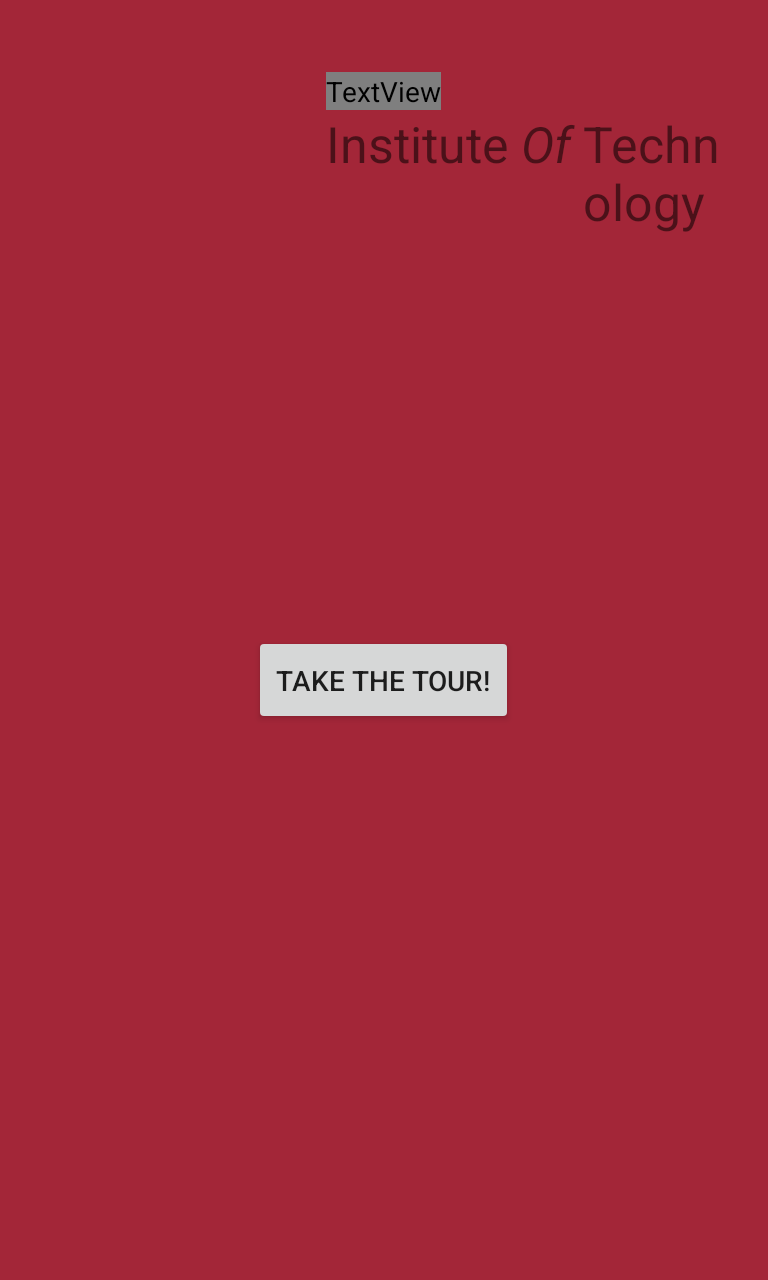
Repository: Klyros/StevensTourApp
Layout: StevensTourApp/res/layout/activity_home_screen.xml
The author's editor kept a copy of each file at every save. The layout is drawn from the files as they stood at one save, then again after the next save.
Pictures or frames that could not be fetched are drawn as grey boxes. It is drawn on a 768 x 1280 px phone screen (xhdpi) without system bars, with theme AppTheme; the app's code is not run.

Above is the layout before, as saved 2014-08-23 23:19:19.

After the next save:
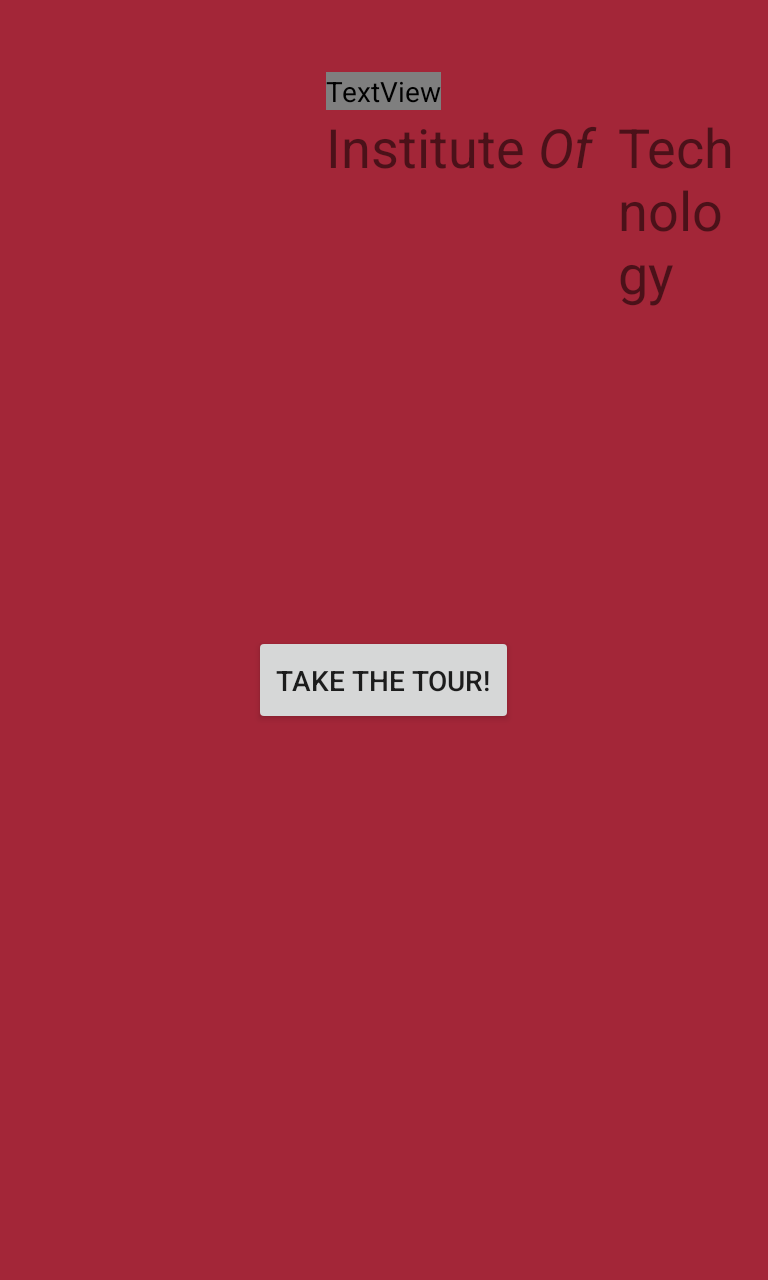
Saved 3 min 7 s later.
--- a/StevensTourApp/res/layout/activity_home_screen.xml
+++ b/StevensTourApp/res/layout/activity_home_screen.xml
@@ -36,7 +36,7 @@
             android:layout_height="wrap_content"
             android:layout_alignLeft="@+id/stevensTitle"
             android:layout_below="@+id/stevensTitle"
-            android:textSize="25sp"
+            android:textSize="27sp"
             android:text="Institute " />
 
         <TextView
@@ -47,8 +47,8 @@
             android:layout_alignBottom="@+id/stevensInstitute"
             android:layout_toRightOf="@+id/stevensInstitute"
             android:textStyle="italic"
-            android:textSize="25sp"
-            android:text="Of " />
+            android:textSize="27sp"
+            android:text="Of  " />
 
         <TextView
             android:id="@+id/stevensTechnology"
@@ -57,7 +57,7 @@
             android:layout_alignBaseline="@+id/stevensOf"
             android:layout_alignBottom="@+id/stevensOf"
             android:layout_toRightOf="@+id/stevensOf"
-            android:textSize="25sp"
+            android:textSize="27sp"
             android:text="Technology" />
 
 </RelativeLayout>
